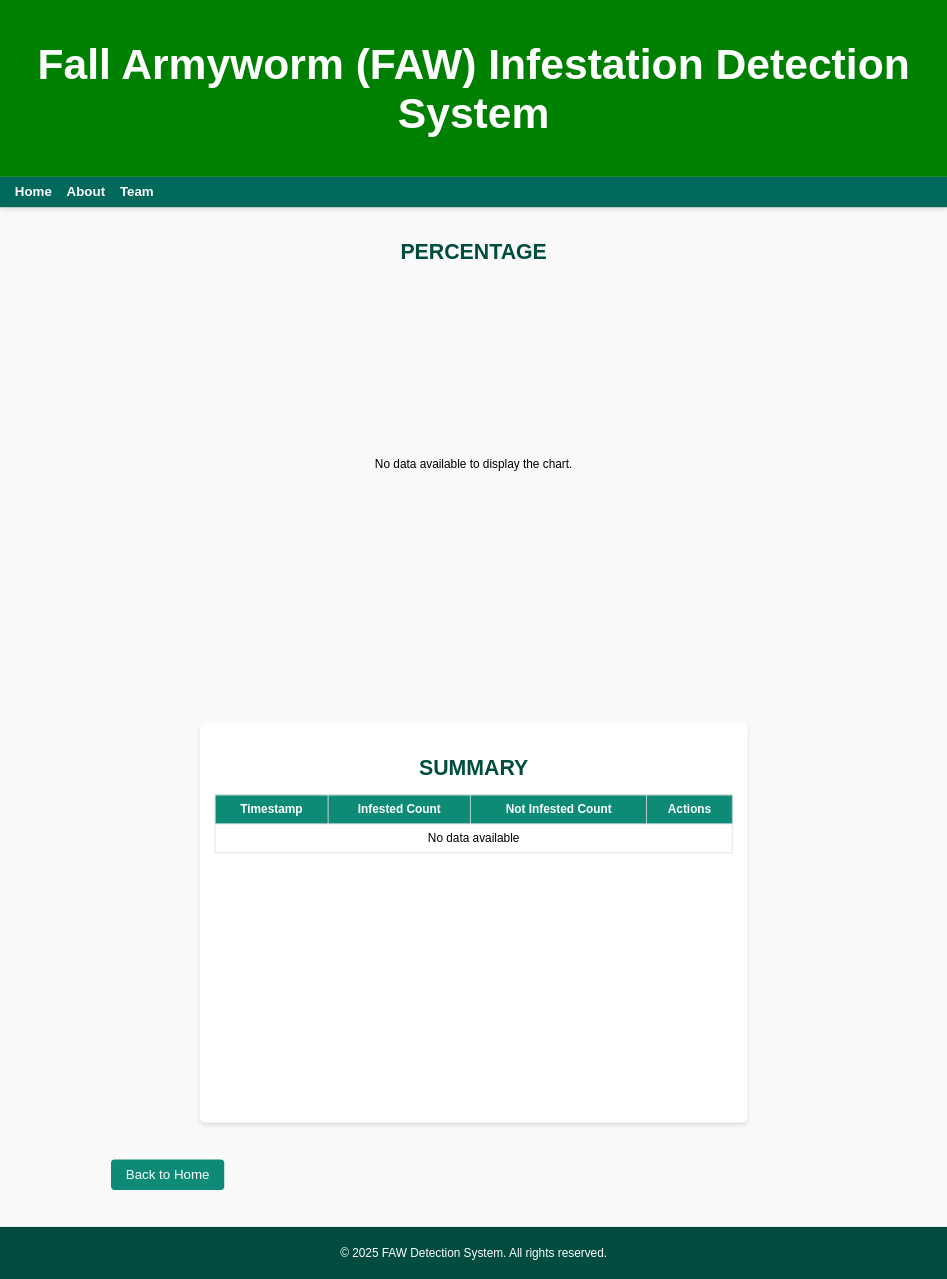
Repository: jansen223/faw-detection-main
Page: /summary
An editor plug-in stored every save of this project. The page is shown before and after the next save, followed by the edit.
The browser window is 1280 px wide. The pictures show the whole page, at 74% of full size.
The page's requests for data from a server got no answer. The project was rebuilt for these pictures with package versions that can differ from the ones it lists, and the page was loaded fresh each time. No one was signed in, and anything a server would have sent is missing. Also part of the build but not shown: src/pages/Home.css, src/pages/Home.js, src/pages/About.css, src/pages/About.js, src/pages/Team.css, src/pages/Team.js.

Above is the page before, as saved 2025-04-13 12:29:56.

### public/index.html
<!DOCTYPE html>
<html lang="en">
<head>
  <meta charset="utf-8" />
  <link rel="icon" href="%PUBLIC_URL%/maize_icon.jpg" />
  <meta name="viewport" content="width=device-width, initial-scale=1" />
  <meta name="theme-color" content="#000000" />
  <meta name="description" content="FAW Detection Web Interface" />
  <title>FAW Detection</title>
</head>
<body>
  <noscript>You need to enable JavaScript to run this app.</noscript>
  <div id="root"></div>
</body>
</html>

### src/App.js
import React, { useEffect, useRef } from 'react';
import { BrowserRouter as Router, Routes, Route, Link } from 'react-router-dom';
import { io } from 'socket.io-client';
import Home from './pages/Home';
import About from './pages/About';
import Team from './pages/Team';
import Summary from './pages/Summary';
import './App.css';

function App() {
  const canvasRef = useRef(null);
  const socketRef = useRef(null);
  const [counts, setCounts] = React.useState({ infested: 0, notInfested: 0 });

  useEffect(() => {
    socketRef.current = io('http://192.168.43.26:5000');

    let lastRenderTime = 0;
    socketRef.current.on('video_frame', (data) => {
      const now = Date.now();
      if (now - lastRenderTime < 100) return; // Skip frames if less than 100ms
      lastRenderTime = now;

      const img = new Image();
      img.src = `data:[embedded picture, 38 characters]

      img.onload = () => {
        const canvas = canvasRef.current;
        if (!canvas) return;
        const ctx = canvas.getContext('2d');
        canvas.width = img.width;
        canvas.height = img.height;
        ctx.drawImage(img, 0, 0);
      };
    });

    socketRef.current.on('detection_counts', (data) => {
      setCounts({
        infested: data.infested_count,
        notInfested: data.not_infested_count
      });
    });

    return () => {
      if (socketRef.current) socketRef.current.disconnect();
    };
  }, []);

  const resetCounts = async () => {
    try {
      const response = await fetch('http://192.168.43.26:5000/reset_counts', {
        method: 'POST',
      });
      const data = await response.json();
      if (data.message) {
        setCounts({ infested: 0, notInfested: 0 });
        alert(data.message);
      }
    } catch (error) {
      console.error('Error resetting counts:', error);
    }
  };

  return (
    <Router>
      <div className="App">
        <header className="App-header">
          <h1>Fall Armyworm (FAW) Infestation Detection System</h1>
        </header>
        <nav className="App-navbar">
          <ul>
            <li><Link to="/">Home</Link></li>
            <li><Link to="/about">About</Link></li>
            <li><Link to="/team">Team</Link></li>
          </ul>
        </nav>
        <Routes>
          <Route path="/" element={<Home canvasRef={canvasRef} counts={counts} resetCounts={resetCounts} />} />
          <Route path="/about" element={<About />} />
          <Route path="/team" element={<Team />} />
          <Route path="/summary" element={<Summary />} />
        </Routes>
        <footer className="App-footer">
          <p>&copy; 2025 FAW Detection System. All rights reserved.</p>
        </footer>
      </div>
    </Router>
  );
}

export default App;

### src/pages/Summary.js
import React, { useEffect, useState } from 'react';
import { Pie } from 'react-chartjs-2';
import { Chart as ChartJS, ArcElement, Tooltip } from 'chart.js';
import ChartDataLabels from 'chartjs-plugin-datalabels';
import { useNavigate } from 'react-router-dom';
import './Summary.css';

// Register Chart.js components and the plugin
ChartJS.register(ArcElement, Tooltip, ChartDataLabels);

function SummaryAndPercentages() {
  const [summaries, setSummaries] = useState([]);
  const [percentages, setPercentages] = useState({ infested: 0, notInfested: 0 });
  const navigate = useNavigate();

  useEffect(() => {
    // Fetch summaries from the backend
    fetch('http://192.168.43.26:5000/get_summaries')
      .then((response) => response.json())
      .then((data) => {
        console.log('Summaries (raw):', data); // Debugging
        const formattedSummaries = data.map((item) => ({
          id: item[0],
          timestamp: item[1],
          infested_count: item[2],
          not_infested_count: item[3],
        }));
        console.log('Summaries (formatted):', formattedSummaries); // Debugging
        setSummaries(formattedSummaries);
      })
      .catch((error) => console.error('Error fetching summaries:', error));

    // Fetch percentages from the backend
    fetch('http://192.168.43.26:5000/get_percentages')
      .then((response) => response.json())
      .then((data) => {
        console.log('Percentages:', data); // Debugging
        setPercentages({
          infested: parseFloat(data.infested_percentage.toFixed(4)) || 0,
          notInfested: parseFloat(data.not_infested_percentage.toFixed(4)) || 0,
        });
      })
      .catch((error) => console.error('Error fetching percentages:', error));
  }, []);

  const handleDelete = (id) => {
    if (window.confirm('Are you sure you want to delete this summary?')) {
      fetch(`http://192.168.43.26:5000/delete_summary/${id}`, {
        method: 'DELETE',
      })
        .then((response) => response.json())
        .then((data) => {
          console.log(data.message); // Debugging
          // Remove the deleted summary from the state
          setSummaries((prevSummaries) => prevSummaries.filter((summary) => summary.id !== id));
        })
        .catch((error) => console.error('Error deleting summary:', error));
    }
  };

  // Data for the pie chart
  const data = {
    labels: ['Infested', 'Not Infested'],
    datasets: [
      {
        data: [percentages.infested || 0, percentages.notInfested || 0],
        backgroundColor: ['#ffcccb', '#c8e6c9'],
        borderColor: ['#b71c1c', '#1b5e20'],
        borderWidth: 1,
      },
    ],
  };

  // Chart options to display labels on the chart
  const options = {
    plugins: {
      legend: {
        display: false, // Disable the legend
      },
      tooltip: {
        callbacks: {
          label: (tooltipItem) => `${tooltipItem.label}: ${tooltipItem.raw}%`,
        },
      },
      datalabels: {
        color: '#000', // Label color
        font: {
          size: 14, // Font size
          weight: 'bold',
        },
        formatter: (value, context) => {
          const label = context.chart.data.labels[context.dataIndex];
          return `${label}: ${value}%`; // Format the label
        },
      },
    },
  };

  return (
    <div>
       <div className="summary-and-percentages-container">
         <div className="chart-section">
           <h2>PERCENTAGE</h2>
           <div className="chart-wrapper">
            {percentages.infested + percentages.notInfested > 0 ? (
              <Pie data={data} options={options} />
            ) : (
              <p>No data available to display the chart.</p>
            )}
           </div>
         </div>
         <div className="summary-section">
           <h2>SUMMARY</h2>
           <table className="summary-table">
             <thead>
               <tr>
                 <th>Timestamp</th>
                 <th>Infested Count</th>
                 <th>Not Infested Count</th>
                 <th>Actions</th>
               </tr>
             </thead>
             <tbody>
               {summaries.length > 0 ? (
                 summaries.map((summary) => (
                   <tr key={summary.id}>
                     <td>{summary.timestamp}</td>
                     <td>{summary.infested_count}</td>
                     <td>{summary.not_infested_count}</td>
                     <td>
                       <button
                         onClick={() => handleDelete(summary.id)}
                         className="delete-button"
                       >
                         Delete
                       </button>
                     </td>
                   </tr>
                 ))
               ) : (
                 <tr>
                   <td colSpan="4">No data available</td>
                 </tr>
               )}
             </tbody>
           </table>
         </div>
         </div>
       <button onClick={() => navigate('/')} className="back-button">
         Back to Home
       </button>
     </div>
   );
 }


export default SummaryAndPercentages;

### src/App.css
html,
body {
  margin: 0;
  padding: 0;
  font-family: 'Arial', sans-serif; /* Use a clean, modern font */
  background-color: #f9f9f9; /* Light background for better readability */
}

.App {
  display: flex;
  flex-direction: column;
  min-height: 100vh;
}

.App-header {
  background-color: green;
  color: white;
  text-align: center;
  font-size: 1.8rem;
  font-weight: bold;
  padding: 15px 0;
  box-shadow: 0 4px 6px rgba(0, 0, 0, 0.1);
}

.App-navbar {
  background-color: #00695c;
  color: white;
  padding: 10px 20px;
  display: flex;
  justify-content: space-between;
  align-items: center;
  box-shadow: 0 4px 6px rgba(0, 0, 0, 0.1);
}

.App-navbar ul {
  list-style: none;
  display: flex;
  gap: 20px;
  margin: 0;
  padding: 0;
}

.App-navbar a {
  color: white;
  text-decoration: none;
  font-weight: bold;
  font-size: 18px;
}

.App-navbar a:hover {
  text-decoration: underline;
}

.App-footer {
  background-color: #004d40;
  color: white;
  text-align: center;
  padding: 10px 0;
  margin-top: auto;
}

### src/pages/Summary.css
.summary-and-percentages-container {
  display: flex;
  flex-wrap: wrap; /* Allow wrapping for smaller screens */
  justify-content: center; /* Center content horizontally */
  align-items: flex-start;
  padding: 20px;
  gap: 100px; /* Add spacing between sections */
}

.chart-section {
  width: 100%;
  max-width: 500px; /* Limit chart width */
  text-align: center;
  display: flex;
  flex-direction: column;
  align-items: center;
  justify-content: center;
  min-height: 500px; /* Ensure enough height for the pie chart */
}

.chart-wrapper {
  width: 500px;
  height: 500px;
  display: flex;
  align-items: center;
  justify-content: center;
}

.chart-wrapper canvas {
  width: 100% !important;
  height: 100% !important;
  aspect-ratio: 1 / 1; /* Maintain aspect ratio */
}

.chart-section h2 {
  font-size: 1.8rem;
  margin-bottom: 20px;
  color: #004d40;
}

.summary-section {
  width: 100%;
  max-width: 700px; /* Limit table width */
  height: 500px;
  overflow-y: auto;
  padding: 20px;
  box-shadow: 0 4px 6px rgba(0, 0, 0, 0.1);
  background-color: #ffffff;
  border-radius: 8px;
}

.summary-section h2 {
  font-size: 1.8rem;
  margin-bottom: 20px;
  color: #004d40;
  text-align: center;
}

.summary-table {
  width: 100%;
  border-collapse: collapse;
  margin-top: 20px;
}

.summary-table th, .summary-table td {
  border: 1px solid #ddd;
  padding: 10px;
  text-align: center;
  font-size: 1rem; /* Ensure consistent font size */
}

.summary-table th {
  background-color: #0d8b76;
  color: white;
}

.summary-table tr:nth-child(even) {
  background-color: #f2f2f2;
}

.back-button {
  margin: 30px 0 50px 150px;
  padding: 10px 20px;
  background-color: #0d8b76;
  color: white;
  border: none;
  border-radius: 5px;
  cursor: pointer;
  font-size: 18px;
  transition: background-color 0.3s ease;
}

.back-button:hover {
  background-color: #004d40;
}

.delete-button {
  padding: 5px 10px;
  background-color: #d83939;
  color: white;
  border: none;
  border-radius: 3px;
  cursor: pointer;
  font-size: 0.9rem;
  transition: background-color 0.3s ease;
}

.delete-button:hover {
  background-color: #b71c1c;
}

Loaded but not shown: src/index.js (common file); src/index.css (common file); src/reportWebVitals.js (common file)

After the next save:
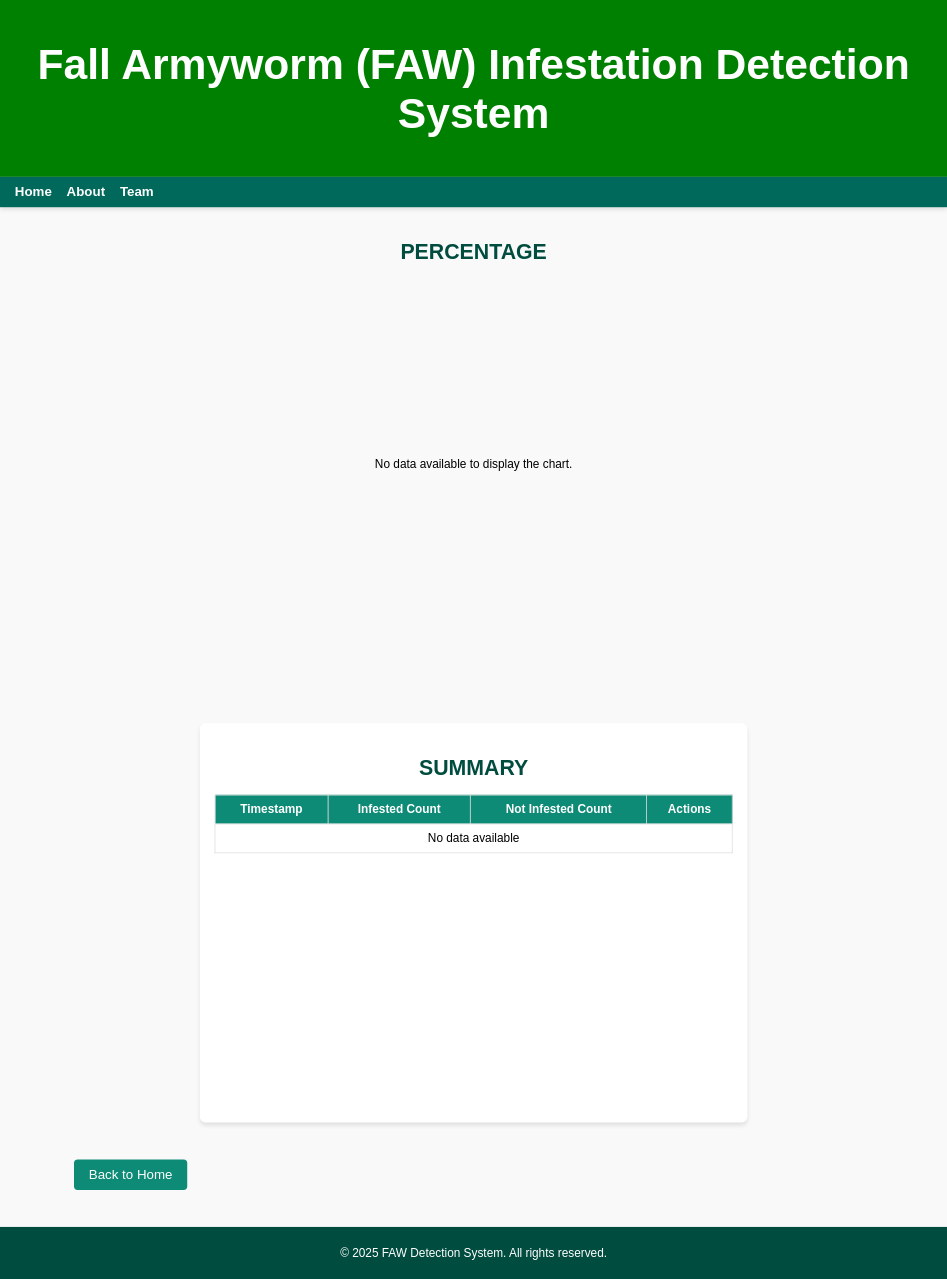
Saved 13 s later.
--- a/src/pages/Summary.css
+++ b/src/pages/Summary.css
@@ -79,7 +79,7 @@
 }
 
 .back-button {
-  margin: 30px 0 50px 150px;
+  margin: 30px 0 50px 100px;
   padding: 10px 20px;
   background-color: #0d8b76;
   color: white;
